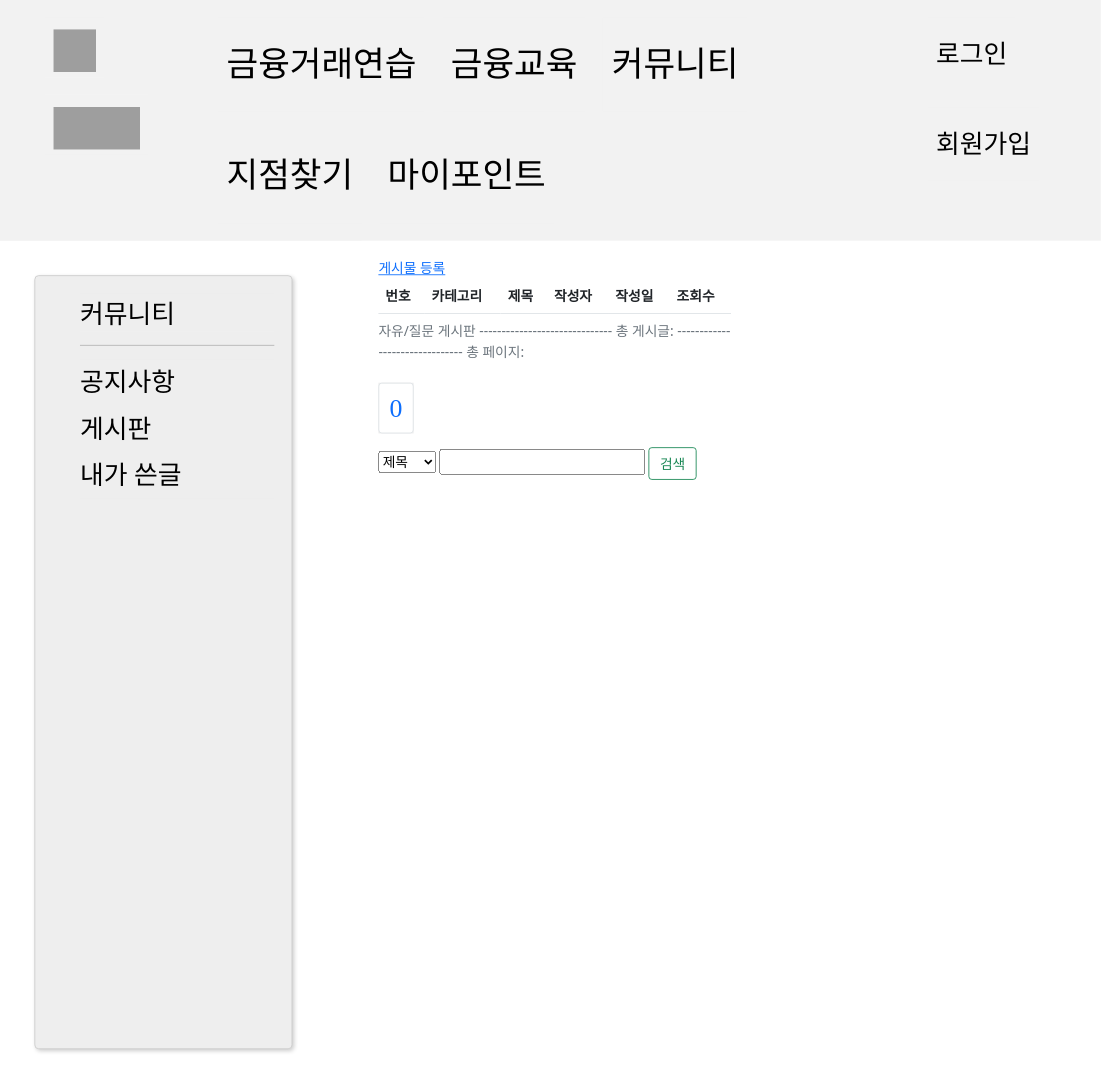
Repository: syc98syc/KB04_TeamProject
Page: http://localhost/jgig/WEB-INF/jsp/board/list.jsp
An editor plug-in stored every save of this project. The page is shown before and after the next save, followed by the edit.
The browser window is 1280 px wide. The pictures show the whole page, at 86% of full size.
Pictures or frames that could not be fetched are drawn as grey boxes. Some web fonts or font styles are not loaded; a fallback is used. The page is served by Tomcat 9. Nobody is signed in. Other server files are loaded and not shown. The template is opened directly, without the code that normally fills it, so the values that code supplies are empty.

Above is the page before, as saved 2023-09-08 05:15:23.

### jgig/src/main/webapp/WEB-INF/jsp/board/list.jsp
<%@ page language="java" contentType="text/html; charset=UTF-8"
    pageEncoding="UTF-8"%>
<%@ taglib uri="http://java.sun.com/jsp/jstl/core" prefix="c" %>
<!DOCTYPE html>
<html>
<head>
<link href="https://cdn.jsdelivr.net/npm/bootstrap@5.0.2/dist/css/bootstrap.min.css" rel="stylesheet" integrity="sha384-EVSTQN3/azprG1Anm3QDgpJLIm9Nao0Yz1ztcQTwFspd3yD65VohhpuuCOmLASjC" crossorigin="anonymous">
<meta charset="UTF-8">
<title>웹게시물 목록</title>
<style>
#content {
 	margin-left: 420px; /* 사이드바 너비 + 여백만큼 오른쪽으로 밀어줍니다. */
    flex-grow: 1; /* 남은 공간을 모두 차지하도록 설정 */
    background-color: #fff; /* 배경색 설정 */
    padding: 20px; /* 내부 여백 설정 */
}
</style>
</head>
<body>
<%@ include file="../include/top_navbar.jsp" %>
<%@ include file="../include/left_navbar.jsp" %>
<div id="content">
	<a href="/jgig/board_insert_form">게시물 등록</a> <br>
	<table class="table table-hover" style="width: 50%;">
	<caption>자유/질문 게시판 ------------------------------ 총 게시글: ${requestScope.total } ------------------------------- 총 페이지: ${criteria.totalPage }</caption>
		<tr>
		<th>번호</th>
		<th>카테고리</th>
		<th>제목</th>
		<th>작성자</th>
		<th>작성일</th>
		<th>조회수</th>
		<c:forEach items="${board_list}" var="brd">
		<tr>
			<td>${brd.brd_id }</td>
			<td>${brd.brd_category }</td>
			<td><a href="board_detail?no=${brd.brd_id}">${brd.title}</a></td>
			<td>${brd.mem_id }</td>
			<td>${brd.brd_date_created }</td>
			<td>${brd.brd_view }</td>
		</tr>
		</c:forEach>
	</table>
	<nav aria-label="Page navigation example">
  <ul class="pagination">
  <c:if test="${criteria.prev}">
    <li class="page-item"><a class="page-link" href="board_list?pageNum=${criteria.pageNum-1 }">이전</a></li>
  </c:if>
  <c:forEach begin="${criteria.beginPage}" end="${criteria.endPage}" var="idx">
 				 <li class="page-item"><a class="page-link" href="board_list?pageNum=${idx}"> ${idx} </a></li>
			</c:forEach>
    <c:if test="${criteria.next}">
    <li class="page-item"><a class="page-link" href="board_list?pageNum=${criteria.pageNum+1 }">다음</a></li>
	</c:if>
  </ul>
</nav>
<form action="board_search_action" method="post">
		<fieldset>
			<select name="brd_category">
				<option value="title">제목</option>
				<option value="mem_id">작성자</option>
			</select>
			<input form-control me-2" type="text" name="searchBox">
			<button class="btn btn-outline-success" type="submit">검색</button>
		</fieldset>
	</form>
</div>
</body>
</html>

### jgig/src/main/webapp/WEB-INF/jsp/include/top_navbar.jsp
<%@ page language="java" contentType="text/html; charset=UTF-8"
    pageEncoding="UTF-8"%>
<!DOCTYPE html>
<html>
<head>
<meta charset="UTF-8">
<title>Insert title here</title>
<style>
@import url('https://fonts.googleapis.com/css2?family=Nanum+Gothic+Coding:wght@700&display=swap');  /* 글꼴 */

/* 상단 메뉴 스타일 */
        #top-menu {
            background-color: #F2F2F2;
            color: #fff;
            padding: 10px;
            width: 100%;
             display: flex;
  justify-content: center;
        }


    #img1 {
		width: 7vmin;
		height: 7vmin;
	}


	#img2 {
		width: 14vmin;
		height: 7vmin;
	}

	#top-menu a {
    color: #000; /* 링크 글꼴 색상 설정 */
    text-decoration: none; /* 링크 밑줄 제거 */
}

	#top-menu ul{
		list-style: none;
	}
	#top-menu li{
		font-family: 'Nanum Gothic Coding', cursive;
		float: left;
		background: #F2F2F2;
		padding:5px 10px;
		font-size: 40px;
		margin: 10px;
	}

	#top-menu ul li a{
		line-height: 2.5;
	}

	#nav3 ul li{
		font-size:30px;
	}
</style>
</head>
<body>
	<div id = "top-menu">
		<nav id = "nav1">
				<ul>
					<li><img id="img1" src="../resources/img/KB.png"></li>
					<li><img id="img2" src="../resources/img/지금입금.png"></li>
				</ul>
		</nav id = "nav2">
		<nav>
				<ul>
					<li class="menu1"><a href="#">금융거래연습</a></li>
					<li class="menu2"><a href="#">금융교육</a></li>
					<li class="menu3"><a href="#">커뮤니티</a></li>
					<li class="menu4"><a href="#">지점찾기</a></li>
					<li class="menu5"><a href="#">마이포인트</a></li>
				</ul>
		</nav>
		<nav id = "nav3">
				<ul>
					<li class="menu6"><a href="#">로그인</a></li>
					<li class="menu7"><a href="#">회원가입</a></li>
				</ul>
		</nav>
	</div>

</body>
</html>

### jgig/src/main/webapp/WEB-INF/jsp/include/left_navbar.jsp
<%@ page language="java" contentType="text/html; charset=UTF-8"
    pageEncoding="UTF-8"%>
<!DOCTYPE html>
<html>
<head>
<meta charset="UTF-8">
<title>Insert title here</title>
<style>

@import url('https://fonts.googleapis.com/css2?family=Nanum+Gothic+Coding:wght@700&display=swap');  /* 글꼴 */
/* 좌측 사이드바 스타일 */
#sidebar {
    width: 300px; /* 박스 컨테이너의 너비 설정 */
    height: 900px; /* 박스 컨테이너의 높이 설정 */
    background-color: #eee; /* 배경색 설정 */
    color: #000; /* 글꼴 색상 설정 */
    padding: 20px; /* 내부 여백 설정 */
    border: 1px solid #ccc; /* 박스 컨테이너의 테두리 설정 */
    border-radius: 5px; /* 박스 컨테이너의 모서리를 둥글게 설정 */
    box-shadow: 2px 2px 5px rgba(0, 0, 0, 0.2); /* 그림자 효과 추가 */
    line-height: normal;
    display: inline-block;
    vertical-align: middle;
    margin: 40px;
    float: left; /*왼쪽에 떠있게*/
}

/* 좌측 사이드바 링크 스타일 */
#sidebar a {
    color: #000; /* 링크 글꼴 색상 설정 */
    text-decoration: none; /* 링크 밑줄 제거 */
}

/* 좌측 사이드바 링크 호버 스타일 */
#sidebar a:hover {
    text-decoration: underline; /* 호버 상태에서 밑줄 추가 */
}

/* 좌측 사이드바 제목 스타일 */
#sidebar
	ul{
		list-style: none;
	}
	li{
		font-family: 'Nanum Gothic Coding', cursive;
		display: block; /* 각 <li> 요소를 한 줄에 하나씩 표시 */
		background: #eee;
		font-size: 30px;
	}

	#sidebar ul li a{
		line-height: 1.8;
	}

</style>
</head>
<body>
	<div id = "sidebar">
		<nav>
				<ul>
					<li>커뮤니티</li> <hr>
					<li class="menu1"><a href="#">공지사항</a></li>
					<li class="menu2"><a href="#">게시판</a></li>
					<li class="menu3"><a href="#">내가 쓴글</a></li>
				</ul>
		</nav>
	</div>

</body>
</html>

After the next save:
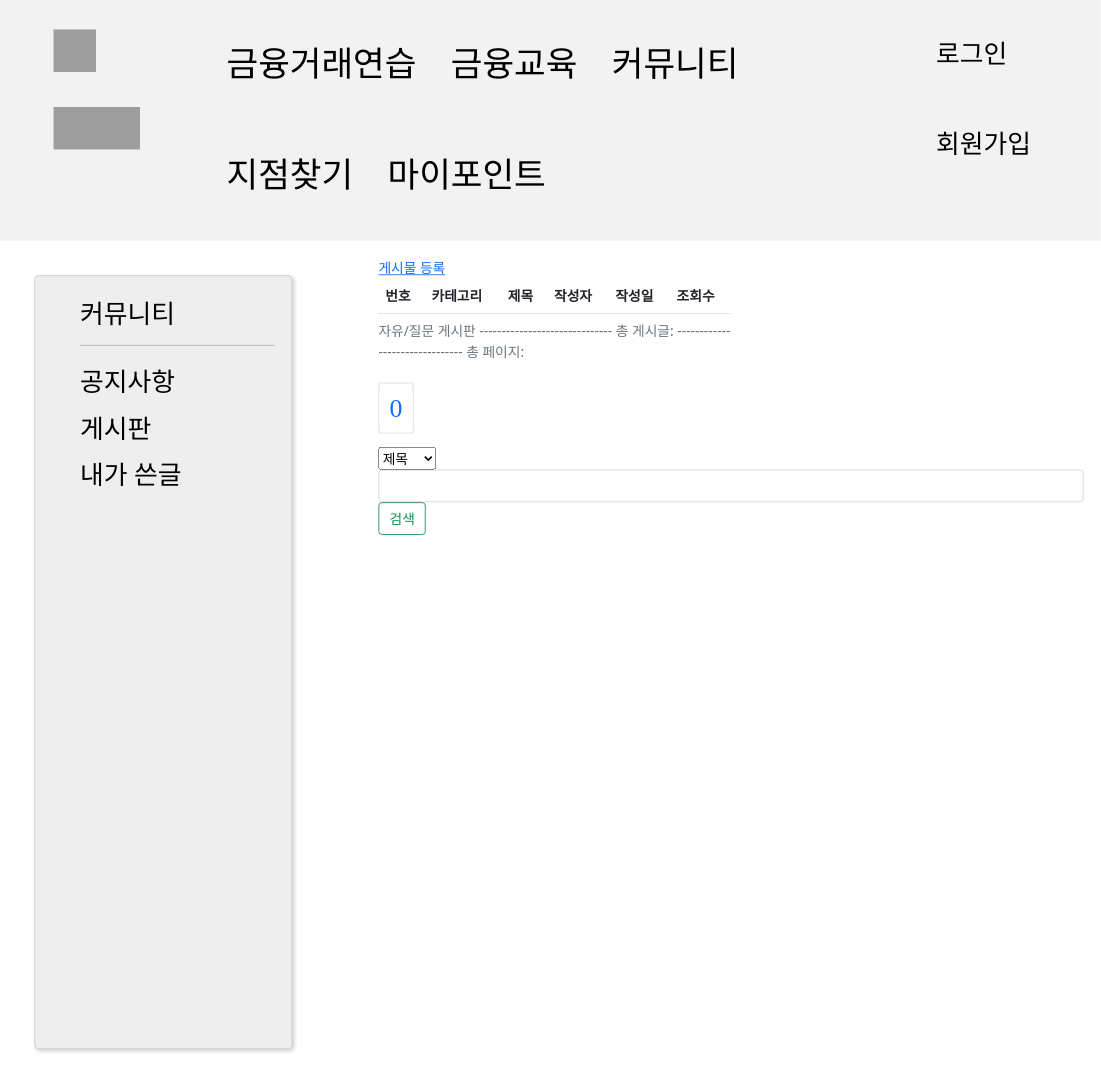
Saved 25 s later.
--- a/jgig/src/main/webapp/WEB-INF/jsp/board/list.jsp
+++ b/jgig/src/main/webapp/WEB-INF/jsp/board/list.jsp
@@ -60,7 +60,7 @@
 				<option value="title">제목</option>
 				<option value="mem_id">작성자</option>
 			</select>
-			<input form-control me-2" type="text" name="searchBox">
+			<input class="form-control me-2" type="text" name="searchBox">
 			<button class="btn btn-outline-success" type="submit">검색</button>
 		</fieldset>
 	</form>
